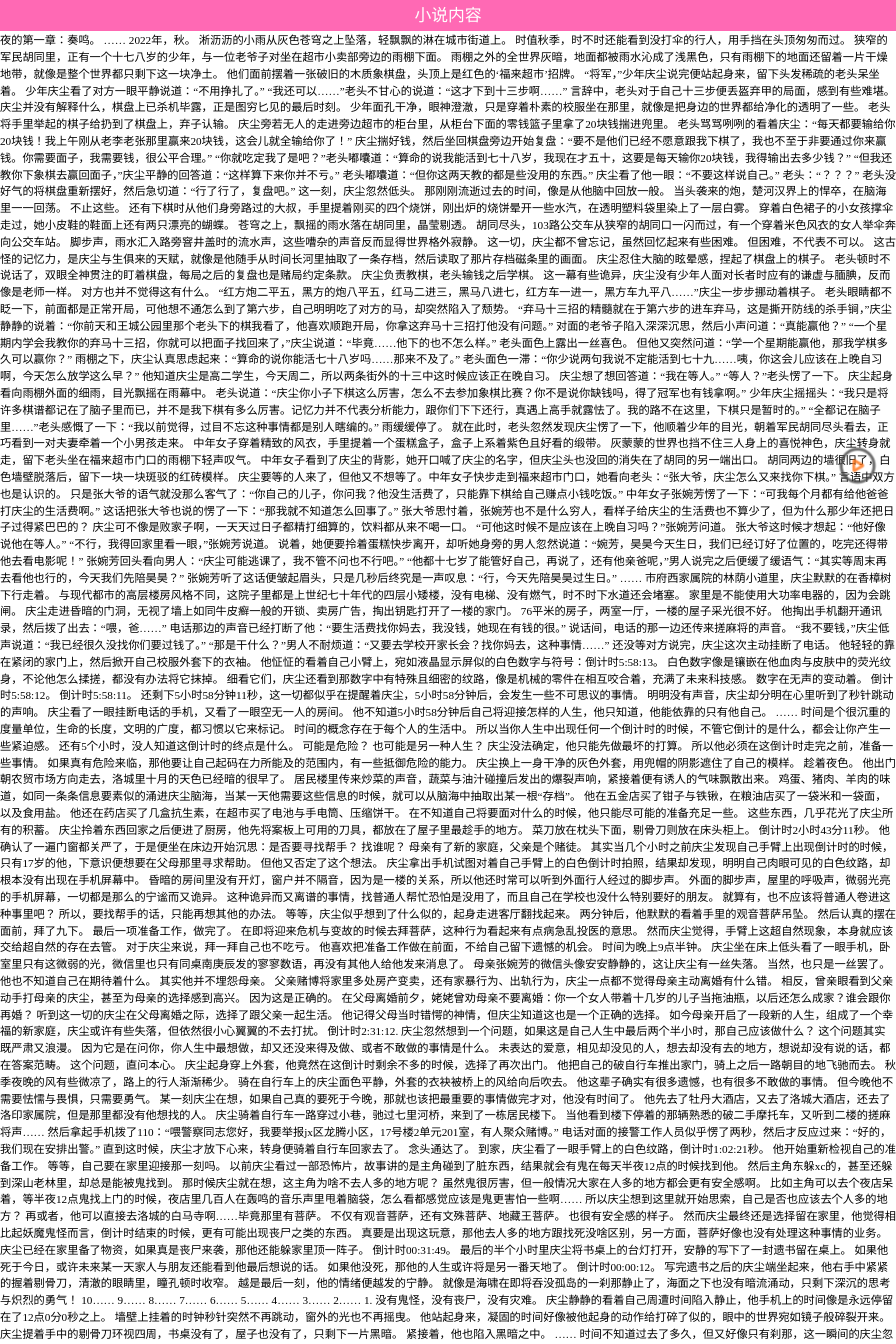
Repository: razzh7/javascript-demo
Page: 自动阅读插件/detail.html
The author's editor kept a copy of each file at every save. The page is drawn from the files as they stood at one save, then again after the next save.
The browser window is 1280 px wide. The pictures show the part of the page from y = 0 to 1920 px (the page is 3596 px tall), at 70% of full size.
After loading, the first visible `a.btn-play` was clicked once.

Above is the page before, as saved 2021-06-30 08:59:50.

### 自动阅读插件/detail.html
<!DOCTYPE html>
<html lang="en">
<head>
  <meta charset="UTF-8">
  <meta http-equiv="X-UA-Compatible" content="IE=edge">
  <meta name="viewport" content="width=device-width, initial-scale=1.0">
  <title>小说内容</title>
  <link rel="stylesheet" href="./css/common.css" />
  <link rel="stylesheet" href="./css/detail.css" />
</head>
<body>
  <div class="list-hd">
    <h2>小说内容</h2>
  </div>
  <div class="container">
    夜的第一章：奏鸣。

    ……

    2022年，秋。

    淅沥沥的小雨从灰色苍穹之上坠落，轻飘飘的淋在城市街道上。

    时值秋季，时不时还能看到没打伞的行人，用手挡在头顶匆匆而过。

    狭窄的军民胡同里，正有一个十七八岁的少年，与一位老爷子对坐在超市小卖部旁边的雨棚下面。

    雨棚之外的全世界灰暗，地面都被雨水沁成了浅黑色，只有雨棚下的地面还留着一片干燥地带，就像是整个世界都只剩下这一块净土。

    他们面前摆着一张破旧的木质象棋盘，头顶上是红色的‘福来超市’招牌。

    “将军，”少年庆尘说完便站起身来，留下头发稀疏的老头呆坐着。

    少年庆尘看了对方一眼平静说道：“不用挣扎了。”

    “我还可以……”老头不甘心的说道：“这才下到十三步啊……”

    言辞中，老头对于自己十三步便丢盔弃甲的局面，感到有些难堪。

    庆尘并没有解释什么，棋盘上已杀机毕露，正是图穷匕见的最后时刻。

    少年面孔干净，眼神澄澈，只是穿着朴素的校服坐在那里，就像是把身边的世界都给净化的透明了一些。

    老头将手里举起的棋子给扔到了棋盘上，弃子认输。

    庆尘旁若无人的走进旁边超市的柜台里，从柜台下面的零钱篮子里拿了20块钱揣进兜里。

    老头骂骂咧咧的看着庆尘：“每天都要输给你20块钱！我上午刚从老李老张那里赢来20块钱，这会儿就全输给你了！”

    庆尘揣好钱，然后坐回棋盘旁边开始复盘：“要不是他们已经不愿意跟我下棋了，我也不至于非要通过你来赢钱。你需要面子，我需要钱，很公平合理。”

    “你就吃定我了是吧？”老头嘟囔道：“算命的说我能活到七十八岁，我现在才五十，这要是每天输你20块钱，我得输出去多少钱？”

    “但我还教你下象棋去赢回面子，”庆尘平静的回答道：“这样算下来你并不亏。”

    老头嘟囔道：“但你这两天教的都是些没用的东西。”

    庆尘看了他一眼：“不要这样说自己。”

    老头：“？？？”

    老头没好气的将棋盘重新摆好，然后急切道：“行了行了，复盘吧。”

    这一刻，庆尘忽然低头。

    那刚刚流逝过去的时间，像是从他脑中回放一般。

    当头袭来的炮，楚河汉界上的悍卒，在脑海里一一回荡。

    不止这些。

    还有下棋时从他们身旁路过的大叔，手里提着刚买的四个烧饼，刚出炉的烧饼晕开一些水汽，在透明塑料袋里染上了一层白雾。

    穿着白色裙子的小女孩撑伞走过，她小皮鞋的鞋面上还有两只漂亮的蝴蝶。

    苍穹之上，飘摇的雨水落在胡同里，晶莹剔透。

    胡同尽头，103路公交车从狭窄的胡同口一闪而过，有一个穿着米色风衣的女人举伞奔向公交车站。

    脚步声，雨水汇入路旁窨井盖时的流水声，这些嘈杂的声音反而显得世界格外寂静。

    这一切，庆尘都不曾忘记，虽然回忆起来有些困难。

    但困难，不代表不可以。

    这古怪的记忆力，是庆尘与生俱来的天赋，就像是他随手从时间长河里抽取了一条存档，然后读取了那片存档磁条里的画面。

    庆尘忍住大脑的眩晕感，捏起了棋盘上的棋子。

    老头顿时不说话了，双眼全神贯注的盯着棋盘，每局之后的复盘也是赌局约定条款。

    庆尘负责教棋，老头输钱之后学棋。

    这一幕有些诡异，庆尘没有少年人面对长者时应有的谦虚与腼腆，反而像是老师一样。

    对方也并不觉得这有什么。

    “红方炮二平五，黑方的炮八平五，红马二进三，黑马八进七，红方车一进一，黑方车九平八……”庆尘一步步挪动着棋子。

    老头眼睛都不眨一下，前面都是正常开局，可他想不通怎么到了第六步，自己明明吃了对方的马，却突然陷入了颓势。

    “弃马十三招的精髓就在于第六步的进车弃马，这是撕开防线的杀手锏，”庆尘静静的说着：“你前天和王城公园里那个老头下的棋我看了，他喜欢顺跑开局，你拿这弃马十三招打他没有问题。”

    对面的老爷子陷入深深沉思，然后小声问道：“真能赢他？”

    “一个星期内学会我教你的弃马十三招，你就可以把面子找回来了，”庆尘说道：“毕竟……他下的也不怎么样。”

    老头面色上露出一丝喜色。

    但他又突然问道：“学一个星期能赢他，那我学棋多久可以赢你？”

    雨棚之下，庆尘认真思虑起来：“算命的说你能活七十八岁吗……那来不及了。”

    老头面色一滞：“你少说两句我说不定能活到七十九……咦，你这会儿应该在上晚自习啊，今天怎么放学这么早？”

    他知道庆尘是高二学生，今天周二，所以两条街外的十三中这时候应该正在晚自习。

    庆尘想了想回答道：“我在等人。”

    “等人？”老头愣了一下。

    庆尘起身看向雨棚外面的细雨，目光飘摇在雨幕中。

    老头说道：“庆尘你小子下棋这么厉害，怎么不去参加象棋比赛？你不是说你缺钱吗，得了冠军也有钱拿啊。”

    少年庆尘摇摇头：“我只是将许多棋谱都记在了脑子里而已，并不是我下棋有多么厉害。记忆力并不代表分析能力，跟你们下下还行，真遇上高手就露怯了。我的路不在这里，下棋只是暂时的。”

    “全都记在脑子里……”老头感慨了一下：“我以前觉得，过目不忘这种事情都是别人瞎编的。”

    雨缓缓停了。

    就在此时，老头忽然发现庆尘愣了一下，他顺着少年的目光，朝着军民胡同尽头看去，正巧看到一对夫妻牵着一个小男孩走来。

    中年女子穿着精致的风衣，手里提着一个蛋糕盒子，盒子上系着紫色且好看的缎带。

    灰蒙蒙的世界也挡不住三人身上的喜悦神色，庆尘转身就走，留下老头坐在福来超市门口的雨棚下轻声叹气。

    中年女子看到了庆尘的背影，她开口喊了庆尘的名字，但庆尘头也没回的消失在了胡同的另一端出口。

    胡同两边的墙很旧了，白色墙壁脱落后，留下一块一块斑驳的红砖模样。

    庆尘要等的人来了，但他又不想等了。中年女子快步走到福来超市门口，她看向老头：“张大爷，庆尘怎么又来找你下棋。”

    言语中双方也是认识的。

    只是张大爷的语气就没那么客气了：“你自己的儿子，你问我？他没生活费了，只能靠下棋给自己赚点小钱吃饭。”

    中年女子张婉芳愣了一下：“可我每个月都有给他爸爸打庆尘的生活费啊。”

    这话把张大爷也说的愣了一下：“那我就不知道怎么回事了。”

    张大爷思忖着，张婉芳也不是什么穷人，看样子给庆尘的生活费也不算少了，但为什么那少年还把日子过得紧巴巴的？

    庆尘可不像是败家子啊，一天天过日子都精打细算的，饮料都从来不喝一口。

    “可他这时候不是应该在上晚自习吗？”张婉芳问道。

    张大爷这时候才想起：“他好像说他在等人。”

    “不行，我得回家里看一眼，”张婉芳说道。

    说着，她便要拎着蛋糕快步离开，却听她身旁的男人忽然说道：“婉芳，昊昊今天生日，我们已经订好了位置的，吃完还得带他去看电影呢！”

    张婉芳回头看向男人：“庆尘可能逃课了，我不管不问也不行吧。”

    “他都十七岁了能管好自己，再说了，还有他亲爸呢，”男人说完之后便缓了缓语气：“其实等周末再去看他也行的，今天我们先陪昊昊？”

    张婉芳听了这话便皱起眉头，只是几秒后终究是一声叹息：“行，今天先陪昊昊过生日。”

    ……

    市府西家属院的林荫小道里，庆尘默默的在香樟树下行走着。

    与现代都市的高层楼房风格不同，这院子里都是上世纪七十年代的四层小矮楼，没有电梯、没有燃气，时不时下水道还会堵塞。

    家里是不能使用大功率电器的，因为会跳闸。

    庆尘走进昏暗的门洞，无视了墙上如同牛皮癣一般的开锁、卖房广告，掏出钥匙打开了一楼的家门。

    76平米的房子，两室一厅，一楼的屋子采光很不好。

    他掏出手机翻开通讯录，然后拨了出去：“喂，爸……”

    电话那边的声音已经打断了他：“要生活费找你妈去，我没钱，她现在有钱的很。”

    说话间，电话的那一边还传来搓麻将的声音。

    “我不要钱，”庆尘低声说道：“我已经很久没找你们要过钱了。”

    “那是干什么？”男人不耐烦道：“又要去学校开家长会？找你妈去，这种事情……”

    还没等对方说完，庆尘这次主动挂断了电话。

    他轻轻的靠在紧闭的家门上，然后掀开自己校服外套下的衣袖。

    他怔怔的看着自己小臂上，宛如液晶显示屏似的白色数字与符号：倒计时5:58:13。

    白色数字像是镶嵌在他血肉与皮肤中的荧光纹身，不论他怎么揉搓，都没有办法将它抹掉。

    细看它们，庆尘还看到那数字中有特殊且细密的纹路，像是机械的零件在相互咬合着，充满了未来科技感。

    数字在无声的变动着。

    倒计时5:58:12。

    倒计时5:58:11。

    还剩下5小时58分钟11秒，这一切都似乎在提醒着庆尘，5小时58分钟后，会发生一些不可思议的事情。

    明明没有声音，庆尘却分明在心里听到了秒针跳动的声响。

    庆尘看了一眼挂断电话的手机，又看了一眼空无一人的房间。

    他不知道5小时58分钟后自己将迎接怎样的人生，他只知道，他能依靠的只有他自己。

    ……

    时间是个很沉重的度量单位，生命的长度，文明的广度，都习惯以它来标记。

    时间的概念存在于每个人的生活中。

    所以当你人生中出现任何一个倒计时的时候，不管它倒计的是什么，都会让你产生一些紧迫感。

    还有5个小时，没人知道这倒计时的终点是什么。

    可能是危险？

    也可能是另一种人生？

    庆尘没法确定，他只能先做最坏的打算。

    所以他必须在这倒计时走完之前，准备一些事情。

    如果真有危险来临，那他要让自己起码在力所能及的范围内，有一些抵御危险的能力。

    庆尘换上一身干净的灰色外套，用兜帽的阴影遮住了自己的模样。

    趁着夜色。

    他出门朝农贸市场方向走去，洛城里十月的天色已经暗的很早了。

    居民楼里传来炒菜的声音，蔬菜与油汁碰撞后发出的爆裂声响，紧接着便有诱人的气味飘散出来。

    鸡蛋、猪肉、羊肉的味道，如同一条条信息要素似的涌进庆尘脑海，当某一天他需要这些信息的时候，就可以从脑海中抽取出某一根“存档”。

    他在五金店买了钳子与铁锹，在粮油店买了一袋米和一袋面，以及食用盐。

    他还在药店买了几盒抗生素，在超市买了电池与手电筒、压缩饼干。

    在不知道自己将要面对什么的时候，他只能尽可能的准备充足一些。

    这些东西，几乎花光了庆尘所有的积蓄。

    庆尘拎着东西回家之后便进了厨房，他先将案板上可用的刀具，都放在了屋子里最趁手的地方。

    菜刀放在枕头下面，剔骨刀则放在床头柜上。

    倒计时2小时43分11秒。

    他确认了一遍门窗都关严了，于是便坐在床边开始沉思：是否要寻找帮手？

    找谁呢？

    母亲有了新的家庭，父亲是个赌徒。

    其实当几个小时之前庆尘发现自己手臂上出现倒计时的时候，只有17岁的他，下意识便想要在父母那里寻求帮助。

    但他又否定了这个想法。

    庆尘拿出手机试图对着自己手臂上的白色倒计时拍照，结果却发现，明明自己肉眼可见的白色纹路，却根本没有出现在手机屏幕中。

    昏暗的房间里没有开灯，窗户并不隔音，因为是一楼的关系，所以他还时常可以听到外面行人经过的脚步声。

    外面的脚步声，屋里的呼吸声，微弱光亮的手机屏幕，一切都是那么的宁谧而又诡异。

    这种诡异而又离谱的事情，找普通人帮忙恐怕是没用了，而且自己在学校也没什么特别要好的朋友。

    就算有，也不应该将普通人卷进这种事里吧？

    所以，要找帮手的话，只能再想其他的办法。

    等等，庆尘似乎想到了什么似的，起身走进客厅翻找起来。

    两分钟后，他默默的看着手里的观音菩萨吊坠。

    然后认真的摆在面前，拜了九下。

    最后一项准备工作，做完了。  在即将迎来危机与变故的时候去拜菩萨，这种行为看起来有点病急乱投医的意思。

    然而庆尘觉得，手臂上这超自然现象，本身就应该交给超自然的存在去管。

    对于庆尘来说，拜一拜自己也不吃亏。

    他喜欢把准备工作做在前面，不给自己留下遗憾的机会。

    时间为晚上9点半钟。

    庆尘坐在床上低头看了一眼手机，卧室里只有这微弱的光，微信里也只有同桌南庚辰发的寥寥数语，再没有其他人给他发来消息了。

    母亲张婉芳的微信头像安安静静的，这让庆尘有一丝失落。

    当然，也只是一丝罢了。

    他也不知道自己在期待着什么。

    其实他并不埋怨母亲。

    父亲赌博将家里多处房产变卖，还有家暴行为、出轨行为，庆尘一点都不觉得母亲主动离婚有什么错。

    相反，曾亲眼看到父亲动手打母亲的庆尘，甚至为母亲的选择感到高兴。

    因为这是正确的。

    在父母离婚前夕，姥姥曾劝母亲不要离婚：你一个女人带着十几岁的儿子当拖油瓶，以后还怎么成家？谁会跟你再婚？

    听到这一切的庆尘在父母离婚之际，选择了跟父亲一起生活。

    他记得父母当时错愕的神情，但庆尘知道这也是一个正确的选择。

    如今母亲开启了一段新的人生，组成了一个幸福的新家庭，庆尘或许有些失落，但依然很小心翼翼的不去打扰。

    倒计时2:31:12.

    庆尘忽然想到一个问题，如果这是自己人生中最后两个半小时，那自己应该做什么？

    这个问题其实既严肃又浪漫。

    因为它是在问你，你人生中最想做，却又还没来得及做、或者不敢做的事情是什么。

    未表达的爱意，相见却没见的人，想去却没有去的地方，想说却没有说的话，都在答案范畴。

    这个问题，直问本心。

    庆尘起身穿上外套，他竟然在这倒计时剩余不多的时候，选择了再次出门。

    他把自己的破自行车推出家门，骑上之后一路朝目的地飞驰而去。

    秋季夜晚的风有些微凉了，路上的行人渐渐稀少。

    骑在自行车上的庆尘面色平静，外套的衣袂被桥上的风给向后吹去。

    他这辈子确实有很多遗憾，也有很多不敢做的事情。

    但今晚他不需要怯懦与畏惧，只需要勇气。

    某一刻庆尘在想，如果自己真的要死于今晚，那就也该把最重要的事情做完才对，他没有时间了。

    他先去了牡丹大酒店，又去了洛城大酒店，还去了洛印家属院，但是那里都没有他想找的人。

    庆尘骑着自行车一路穿过小巷，驰过七里河桥，来到了一栋居民楼下。

    当他看到楼下停着的那辆熟悉的破二手摩托车，又听到二楼的搓麻将声……

    然后拿起手机拨了110：“喂警察同志您好，我要举报jx区龙腾小区，17号楼2单元201室，有人聚众赌博。”

    电话对面的接警工作人员似乎愣了两秒，然后才反应过来：“好的，我们现在安排出警。”

    直到这时候，庆尘才放下心来，转身便骑着自行车回家去了。

    念头通达了。

    到家，庆尘看了一眼手臂上的白色纹路，倒计时1:02:21秒。

    他开始重新检视自己的准备工作。

    等等，自己要在家里迎接那一刻吗。

    以前庆尘看过一部恐怖片，故事讲的是主角碰到了脏东西，结果就会有鬼在每天半夜12点的时候找到他。

    然后主角东躲xc的，甚至还躲到深山老林里，却总是能被鬼找到。

    那时候庆尘就在想，这主角为啥不去人多的地方呢？

    虽然鬼很厉害，但一般情况大家在人多的地方都会更有安全感啊。

    比如主角可以去个夜店呆着，等半夜12点鬼找上门的时候，夜店里几百人在轰鸣的音乐声里甩着脑袋，怎么看都感觉应该是鬼更害怕一些啊……

    所以庆尘想到这里就开始思索，自己是否也应该去个人多的地方？

    再或者，他可以直接去洛城的白马寺啊……毕竟那里有菩萨。

    不仅有观音菩萨，还有文殊菩萨、地藏王菩萨。

    也很有安全感的样子。

    然而庆尘最终还是选择留在家里，他觉得相比起妖魔鬼怪而言，倒计时结束的时候，更有可能出现丧尸之类的东西。

    真要是出现这玩意，那他去人多的地方跟找死没啥区别，另一方面，菩萨好像也没有处理这种事情的业务。

    庆尘已经在家里备了物资，如果真是丧尸来袭，那他还能躲家里顶一阵子。

    倒计时00:31:49。

    最后的半个小时里庆尘将书桌上的台灯打开，安静的写下了一封遗书留在桌上。

    如果他死于今日，或许未来某一天家人与朋友还能看到他最后想说的话。

    如果他没死，那他的人生或许将是另一番天地了。

    倒计时00:00:12。

    写完遗书之后的庆尘端坐起来，他右手中紧紧的握着剔骨刀，清澈的眼睛里，瞳孔顿时收窄。

    越是最后一刻，他的情绪便越发的宁静。

    就像是海啸在即将吞没孤岛的一刹那静止了，海面之下也没有暗流涌动，只剩下深沉的思考与炽烈的勇气！

    10……

    9……

    8……

    7……

    6……

    5……

    4……

    3……

    2……

    1.

    没有鬼怪，没有丧尸，没有灾难。

    庆尘静静的看着自己周遭时间陷入静止，他手机上的时间像是永远停留在了12点0分0秒之上。

    墙壁上挂着的时钟秒针突然不再跳动，窗外的光也不再摇曳。

    他站起身来，凝固的时间好像被他起身的动作给打碎了似的，眼中的世界宛如镜子般碎裂开来。

    庆尘提着手中的剔骨刀环视四周，书桌没有了，屋子也没有了，只剩下一片黑暗。

    紧接着，他也陷入黑暗之中。

    ……

    时间不知道过去了多久，但又好像只有刹那，这一瞬间的庆尘忽然失去了时间的概念。

    黑暗里，世界的碎片开始重新拼凑，那不知道从何而来的碎片，刹那间组合成了一个焕然一新的世界。

    庆尘躺在一张狭窄的硬板床上，这里是完全陌生的环境，他从不曾来过。

    他先是看向自己的手掌，那里空无一物，原本握着的剔骨刀也早就消失不见。

    他再看向手臂，赫然发现手臂上的白色纹路已经改变。

    “回归倒计时48:00:00.”

    48小时，也就是2天，庆尘思忖着。
    穿越了吗？

    所以倒计时的尽头就是穿越到另一个时空，而回归倒计时是指，回去的时间。

    想到这里庆尘先松了口气，能回去就是好事。

    虽然那边也未必会有人惦记他，母亲有了新的生活，顾不上惦记他，父亲……应该在看守所呢。

    所以应该也顾不上惦记他。

    可是即便如此，自己还是想回去看看。

    而现在他所要做的事情，就是在这48小时里好好的活着。

    那么……现在是倒计时第一天。

    庆尘开始重新审视眼前的这个“新世界”。

    当世界重新拼凑起来的那一刻，庆尘看到自己身上的囚服，便瞬间明白了自己的处境。

    他身处一间灰色晦暗的屋中，除了一面充满了科技感的合金闸门外，其他地方是完全封闭的墙。

    90公分宽的门上有着一扇小窗户，但现在窗户是关闭的。

    囚室是单间，里面只有一张床，上面铺着一层薄薄的床单。

    旁边还有一个置物架子，架子上除了被子、牙刷、毛巾之外，空空如也。

    囚室墙壁是灰色的，可让庆尘不能理解的是，这灰色的墙壁在外面微光照亮下，分明在散发出金属的光泽。

    金属墙？

    庆尘坐起身子怔怔的抚摸墙壁，什么地方才会使用这种不计成本的建筑材料？

    很明显，这里不属于他曾经认知的那个世界了。

    他迅速低头看向自己手掌，这手掌上的指纹与曾经的他完全一致，就连手上的毛孔位置都半分不差。

    这就是他自己的身体。

    穿梭到这个世界之后，庆尘手里的剔骨刀不见了，自己身上原本的衣服也不见了，但身体确确实实是他自己的。

    指纹与毛孔位置做不了假。

    庆尘抱着膝盖坐在床上，他望着厚重的合金门，不知道在想些什么。

    慢慢的，门外开始嘈杂起来，甚至还有人用力拍打合金牢门的声音。

    庆尘慢慢走到门边，试图贴着门听听外面在吼叫什么，结果还没等他听清楚，合金门便发出了清晰的气压传动声，门开了。

    他看向门外，门外是一条回型走廊。

    这正方形的监狱堡垒里有七层，每一层都有着密密麻麻排列整齐的囚室。

    外面空旷而又硕大的监狱堡垒里，只有零星的灯光亮着，一扇扇打开的合金门里是昏暗的囚室，像是关着一头头野兽。

    庆尘站在门里，似乎他只要踏出这一步，就会走向一个不可知的人生。

    广阔的监狱里，不知何处的广播突然响起，里面是一个好听的女性声音：“早晨七点整，早餐时间，请所有服刑人员依次队列，前往餐厅就餐。”

    声音在监狱堡垒里回荡着，而庆尘依旧看着眼前的门槛。

    似乎只要他踏出去，一切都不一样了。

    其实他觉得自己从某一刻开始，就已经有所不同了。

    从什么时候开始的呢？

    大概是……当他以为生命只剩下最后两个半小时，于是就去做了自己最想做却以前不敢做的事情。

    自己连亲爹都举报了，还有什么不敢面对的。

    他踏出囚室。

    可下一刻他又愣住了。

    只见外面并不宽敞的走廊里，每个囚室门前都站着一名囚犯。

    庆尘的瞳孔骤然收缩：

    一位老头佝偻着背部朝他看来，只见对方有眼眶里，竟是一只泛着红色微光的机械眼睛，对方整个右眼眶都是机械构造，这金属部件一直延展到右侧的太阳穴位置。

    机械眼睛看起来并不精致，甚至还有些粗糙，但不知道为什么庆尘从这只盯着他的眼睛里，感受到了压迫感。

    似乎，对方正在解析他身上的细节。

    就像是他用记忆力解析别人一样。

    一位魁梧的中年囚犯，右手臂竟完全由机械组成，对方活动着手指，庆尘还能听到对方手掌开合时，机械零件转动的金属声。

    那粗壮的金属手臂，像是虬结的钢铁肌肉般，强硬而暴躁。

    这整个监狱要塞里，竟是有一半的人都拥有机械肢体。

    机械文明。

    庆尘脑中蹦出了这四个字。

    还没等他继续思考，却见隔壁囚室那魁梧的囚犯冲他笑了笑：“喂，新来的，早饭不要吃太多，不然吐出来的时候会很难看。”

    话音一落，走廊上传出了不少人的哄笑声：“听说昨天晚上新来了十二个人，今天可以娱乐娱乐。”

    “这小子身上一点机械肢体都没有，看样子在外面也没什么关系。”

    听到“新来的”三个字时，庆尘一愣，他还以为对方知道自己刚刚从地球穿越过来。

    但很快他就反应过来，这“新来的”应该是指他刚进监狱，对方应该是不知道自己地球人身份的。

    而且庆尘皱眉思索着，对方所谓的娱乐，对自己来说恐怕会是一场灾难。

    可问题是，自己该如何在这群机械“野兽”之中生存？

    他克制着自己内心的躁动与恐惧，一个普通高二学生面对突如其来的凶狠变故，庆尘唯一能做的就是先强迫自己不表露任何异样。

    因为他不知道，如果自己来自另一个世界的事情暴露了，会招来怎样的后果。

    忽然间，对面四楼走廊上有一名少年抓狂起来：“这是什么地方！我要回家！我不要呆在这种鬼地方，你们是什么人！？我是黄济先，我爸是洛城永利集团的董事长，你们离我远点！”

    说着，那少年竟是沿着走廊疯狂奔跑起来。

    其他人并没有动，就像是看热闹似的站在原地观望，依旧保持着准备前往食堂吃饭的队列。

    有人有些疑惑：“洛城是哪里？”

    骤然间，庆尘听到头顶有蜂鸣声传来，他抬头看去赫然发现高而深邃的天花板上，正有四架如同铁盒子般的无人机脱离了墙壁，开始向下坠落。

    庆尘目光停留在天花板上，合金材质的墙壁上，竟是整齐的“嵌着”十八台加特林一样的六管机枪炮台倒悬着。

    随着那慌乱少年的跑动，其中九台机枪的枪口也在转动！

    “请停止走动，”无人机上发出女性声音：“再次警告，请停止走动。”

    紧接着，监狱堡垒里响起女性声音的广播声：“请所有服刑人员原地待命。”

    仅仅十多秒的时间，四架无人机便将那少年死死的堵在走廊某处，每架无人机的正下方都有枪口指着他。

    与此同时，监狱堡垒下方也有闸口打开，9名举着不知名枪械的机器人正全速进场。

    少年恐惧无比的靠墙跌坐着，而庆尘则冷冷的注视着这一切。

    对方的行为有些过激，但是却帮助庆尘了解到许多信息。

    机枪、无人机、机器人、机械肢体，无数的信息一时间全部汇入他脑中。

    但令庆尘最诧异的其实是，他看着那少年的一切表现忽然意识到：自己可能并不是唯一一个从地球来到这里的人。

    不是第一个，应该也不是最后一个。 曾经庆尘也想过，会不会有其他人手臂上也出现倒计时？

    正是因为有这个猜测，他才会那么小心谨慎的坐地铁去很远的地方验证一些事情，以免日后被人寻线索找到。

    但是后来一系列变故接踵而至，让庆尘几乎遗忘了这个猜测。

    现在看来，他的猜测最终成了现实。

    从地球穿越到这个世界的人一定不少，光这监狱都有两个，就更不用提监狱以外的世界了。

    穿越者有多少人？几百？几千？

    他们又是因为什么穿越？

    庆尘无法确定。

    “这次来的新人有点意思啊，怕不是个傻子吧，”有人看着崩溃的那个少年嬉笑道：“我听说他是因为偷税漏税判了7年进来的？昨天被押进来的时候没哭，到现在才哭。”

    “这年头敢惹税务征收机构的人，不是傻子是什么……”

    庆尘朝声音来源处看去，正是一名装载了机械双腿的青年男子，对方见他看去，便挑起嘴角笑道：“喂，新来的，你做好准备了吗？”

    周围人群顿时哄笑起来，似乎都等着看好戏了。

    这个地方，明明如此科幻与先进，可是人类那恶的一面好像并没有什么改变。

    庆尘皱眉，却没有理会，他重新看向那个被无人机围起来的少年。

    恐怕只有他知道，对方昨天没哭、今天才哭的原因是：对方今天和自己一样，刚刚从地球那个“温室”穿越过来，有点接受不了这个现实。

    这不是猜测，而是他见过对方。

    庆尘今年17岁，在洛城外国语学校上高二。

    而这位崩溃的少年则是高一年级的。

    两人并没有过任何交集，只是庆尘过目不忘，只要看见过的就很难忘记。

    这倒是让庆尘有些诧异，难道穿越前所在位置相近，穿越后的位置也会距离很近吗？

    他没法确定。

    不过庆尘倒是发现了一件事情：这里的人全都在说普通话，竟是没有一个说方言的。

    此时此刻，机器警卫正沿着楼梯冲上去，每次踏步都能跨越五阶楼梯，并伴随着独特的液压传动声响。

    那名少年，已经哭的不成人样了。

    这座监狱堡垒里有一半人都装载了机械肢体，在这种钢铁猛兽环伺的地方遇到地球人，颇有种他乡遇故知的感觉。

    一般人在陌生的地方遇到“同乡”，都会升起一种莫名的安全感。

    可庆尘并没有这种感觉，他看着那个已经濒临崩溃的少年便意识到，“同乡”并不一定能帮到你，反而可能成为一种拖累。

    不是所有人在面对这初来乍到的机械文明，还能保持冷静。

    他现在要做的是先撑过这初来乍到的两天，然后回到地球去了解这一切到底是为什么。

    庆尘低调的默默观望着，不知道为什么，他此时此刻的心情反而更镇定了一些。

    直到这时，所有囚犯都还站在原地一动不动。

    他环顾监狱堡垒，刚刚从监区外闸门冲来的9名机器人，留下了3名在楼下的广场戒严，其余的则上楼将那名恐慌的少年带走。

    楼下广场很宽阔，感觉有一个足球场大小。

    开放式的广场又分成好几个区域：餐厅、健身器材娱乐区域、阅读区、影音区等等……

    这些区域之间并没有什么隔断，像是一个大型的自由活动场所，而这广场边缘，则分布着8个大型钢铁闸门。

    那些闸门之大，怕是可以允许装甲车直接通过。

    忽然间庆尘愣住了，他看到已经有三个人不知何时出现在楼下广场的餐桌旁了。

    一名看起来四十多岁的中年男人坐着，另外两名年轻人笑眯眯的守在他身旁，然后饶有兴致的抬头打量着楼上的囚犯们。

    中年男人面前放着一张象棋盘，棋盘上则是摆好了一副残局。

    最令人惊异的是，那餐桌上的棋盘旁，竟然还卧着一只揣着爪子打盹的猫，灰色，耳朵上有两丛尖尖的毛，看起来有点像猞猁，但又不是。

    缅因猫。

    监狱里还能养猫？！

    庆尘有些惊愕，他刚才的目光被“同乡”吸引，以至于他都没看到这三人一猫是什么时候来到广场的。

    此时，只见那中年男人专心致志的盯着棋盘，仿佛楼上发生的事情与他毫无关系一样。

    而且，最令庆尘诧异的是，就连广场上的那些机器人都当这三人一猫不存在似的。

    楼上的严肃紧张，与楼下的轻松从容，像是两个不同世界般的鲜明对比。

    这三人中，两个年轻人穿着正常的蓝白相间囚服，而中年男人却是穿了一身白色练功服。

    在这灰暗压抑的环境里，那抹白色出尘极了。

    庆尘暗自思忖，难道这是监狱长？

    不对，虽然对方穿着异于其他囚犯的练功服，可那练功服胸口还绣着小小的黑色服刑编号。

    这中年男人也是监狱的一名服刑人员，只不过是最特殊的那一个。

    仿佛感受到了他的目光，中年男人身旁的一名年轻人竟突然转头，笑意盈盈的回看着他了一眼。

    庆尘立刻收回了。

    待到那名崩溃的地球少年被带走后，监狱堡垒里再次响起了广播：“按队列依次前往餐厅就餐。”

    话音刚落，庆尘便看到所有囚犯向右转，然后排着长长的队形，沿着楼梯往广场前进。

    直到这时候庆尘才有机会统计所有囚犯人数：包括他，3102名。

    这监狱堡垒总共七层，每层囚犯组成一支队伍，由队伍最前方的囚犯带领着，井然有序的依次前往餐厅。

    在此期间没人插队，也没人脱离队伍，庆尘感觉这里所有人都像是在按照既定好的程序运转一样，一切都被人“约束”好了。

    这种秩序，直到每个人从机器人窗口打完饭菜才结束。

    似乎打完饭菜就可以自由活动了。

    庆尘他们住在第五层，所以轮到他们打饭的时候，前面第一层的人已经结束用餐了，只见两名身材魁梧的囚犯拉扯着一个年轻人，直接往距离餐厅最近的一楼囚室走去，还有不少人跟在旁边起哄。

    还有人交代着：“赶紧把他拉进囚室，不要在广场上弄伤他，小心机器狱警插手。”

    拉扯着年轻人的囚犯漫不经心的回应道：“放心，我不是杨杰那种蠢货。”

    与此同时，那年轻人奋力挣扎着、嘶吼着：“放开我！”

    可是就在他快要被拉进囚室的时候，年轻人的声音已经转为哀求：“求求你们饶了我吧！”

    然而不管他怎么说，都没有人理会他的请求，反而招来了更嘈杂的嘲笑声。

    突然间，他前方安装着机械眼睛的老头转身笑道：“别东张西望了，待会儿就轮到你了。”

    庆尘平静的看了他一眼，老头忽然感觉对面这少年的眼神好像有些不同，也不知道为什么，他竟然感觉内心里突然一紧。

    在窗口打完饭，队形就散乱了。

    庆尘发现身边三个人若有若无的朝自己靠近过来，像是要直接控制他！

    他顿时加快了步伐，而对方也同样加快了步伐，将他紧紧围在当中！

    下一刻，这监狱堡垒里的画面宛如在庆尘脑海中细细过了一遍似的。

    穹顶上18台钢铁野兽般的机枪安静待命，犹如沉睡的猛虎。

    72台无人机悬挂在灰色合金天花板的卡槽里，犹如沉眠的黄蜂。

    210台监控缓缓转动角度，广场内3台机器人持枪伫立。

    囚犯们一个接一个从窗口领取着饭菜，有人抱怨着今天又是难吃的合成肉。

    水池旁边有人在洗刷餐盘，还有人替别人洗刷餐盘。

    广场上随着越来越多的人就餐结束，开始变的热闹起来，大家来往穿梭着，有的去了健身区，有的则围观者新人仪式。

    但是，所有人都下意识避开了那位盯着棋盘的中年男人。

    男人依旧认真的看着棋盘，周围五米都无人靠近，就像是海平面上镇静且坚硬的礁石，所有汹涌海水与船只都必须退让。

    庆尘忽然间端着餐盘，加速从三人包围圈里穿过，朝中年男人方向走去。

    看着他前进的方向，很多人都忽然意识到这个新来的想要干嘛。

    渐渐的，越来越多人把目光转向他，并窃窃私语，一个个囚犯脸上的表情，都仿佛等着看他笑话。

    发现中年男人异常的监狱新人很多，想要依靠对方摆脱困境的监狱新人也很多，庆尘从来都不是唯一一个。

    但事实上所有人都失败了。

    只是，庆尘对那些戏谑声充耳不闻，继续旁若无人的手端餐盘，穿过人群。

    还没等他靠近，便被中年人身边的年轻人拦下了，对方笑着说道：“新来的，我知道你打的什么算盘，但我们不会帮你。”

    对方猜中了庆尘的想法，而庆尘则将目光投向年轻人身后。

    中年人对身旁发生的这一切都充耳不闻，好像什么都没听到似的。

    他认真的看着中年男人说道：“前兵进一，这残局我能解。”

    中年男人直到这时才抬起头来，然后广场上便突然安静了，猫也睁开了眼睛。

    ……

    感谢海魂衣成为本书白银大盟。
  </div>
  <a href="javascript:;" class="btn-top"></a>
  <a href="javascript:;" class="btn-play"></a>
  <script type="text/javascript" src="./js/utils.js"></script>
  <script type="text/javascript" src="./js/auto_read.js"></script>
  <script type="text/javascript">
    var autoRead = new AutoRead({
      btnTop: document.getElementsByClassName('btn-top')[0],
      btnplay: document.getElementsByClassName('btn-play')[0]
    })
  </script>
</body>
</html>

### 自动阅读插件/css/common.css
body {
  margin: 0;
}
div {
  box-sizing: border-box;
}
h1,
h2,
h3,
h4,
h5,
h6,p {
  margin: 0;
  font-weight: normal;
}
ul {
  margin: 0;
  padding: 0;
}
img {
  height: 100%;
}
a {
  text-decoration: none;
}
.list-hd {
  position: fixed;
  top: 0;
  left: 0;
  width: 100%;
  height: 44px;
  line-height: 44px;
  text-align: center;
  background-color: hotpink;
  color: #fff;
  z-index: 1;
}
.container {
  margin-top: 44px;
}

### 自动阅读插件/css/detail.css
.btn-top {
  display: none;
  position: fixed;
  bottom: 100px;
  right: 25px;
  width: 60px;
  height: 60px;
  border-radius: 50%;
  background: #fff url(../img/rkt.png) no-repeat 0 0/100% 100%;
  opacity: .8;
}
.btn-play {
  position: fixed;
  bottom: 25px;
  right: 25px;
  width: 60px;
  height: 60px;
  border-radius: 50%;
  background: url(../img/playing.png) no-repeat 0 0/100% 100%;
  opacity: .8;
}
.btn-top:hover,.btn-play:hover{
  opacity: 1;
}

### 自动阅读插件/js/utils.js
//获取滚动条滚动距离
function getScrollOffset(){
  if(window.pageXOffset){
    return {
      left: window.pageXOffset,
      top: window.pageYOffset
    }
  }else{
    return {
      left: document.body.scrollLeft + document.documentElement.scrollLeft,
      top: document.body.scrollTop + document.documentElement.scrollTop
    }
  }
}
//获取元素内容高度（文档内容高度）
function getScrollSize(){
  if(document.body.scrollHeight){
    return {
      width: document.body.scrollWidth,
      height: document.body.scrollHeight
    }
  }else{
    return {
      width: document.documentElement.scrollWidth,
      height: document.documentElement.scrollHeight
    }
  }
}
//获取浏览器可视区域的尺寸
function getViewPortSize(){
  if(window.innerWidth){
    return {
      width: window.innerWidth,
      height: window.innerHeight
    }
  }else{
    if(document.compatMode === 'BackCompat'){
      return {
        width: document.body.clientWidth,
        height: document.body.clientHeight
      }
    }else{
      return {
        width: document.documentElement.clientWidth,
        height: document.documentElement.clientHeight
      }
    }
  }
}
//添加点击事件
function addEvent(elem, type, fn){
  if(elem.addEventListener){
    elem.addEventListener(type, fn, false);
  }else if(elem.attachEvent){
    elem.attachEvent('on' + type, function(){
      fn.call(elem);
    })
  }else{
    elem['on' + type] = fn;
  }
}

### 自动阅读插件/js/auto_read.js
;(function(){
  var timer = null,
      playing = true,
      htmlHeight = getScrollSize(),  //获取整个文档的高度
      nowView = getViewPortSize(),  //获取视口高度
      sTopScroll = getScrollOffset().top; //获取滚动条滚动距离
  var AutoRead = function(opt){
    this.btnTop = opt.btnTop;
    this.btnplay = opt.btnplay;
    var _self = this;
    addEvent(this.btnTop, 'click', function(){
      //点击小火箭返回顶部
      window.scrollTo(0, 0);
    })
    addEvent(this.btnplay, 'click', function(){
      _self.setAutoPlay();
    })
    //滚动条距离大于200不显示小火箭
    addEvent(window, 'scroll', function(){
      _self.isBtnShow();
    })
  }
  AutoRead.prototype = {
    setAutoPlay: function(){
      if(playing){
        console.log(1);
        this.btnplay.style.background = 'url(./img/pause.png) no-repeat 0 0/100% 100%';
        // timer拿不到
        timer = setInterval(function(){
          window.scrollBy(0,1);
        },1);
        if(htmlHeight <= nowView + sTopScroll){
          this.btnplay.style.background = 'url(./img/playing.png) no-repeat 0 0/100% 100%';
          playing = false;
          clearInterval(timer);
        }
      }
      // console.log(htmlHeight, nowView, sTopScroll);


    },
    isBtnShow: function(){
      var sTopScroll = getScrollOffset().top;
      this.btnTop.style.display = sTopScroll >= 200 ? 'block' : 'none';
    }
  }
  window.AutoRead = AutoRead;
})();

After the next save:
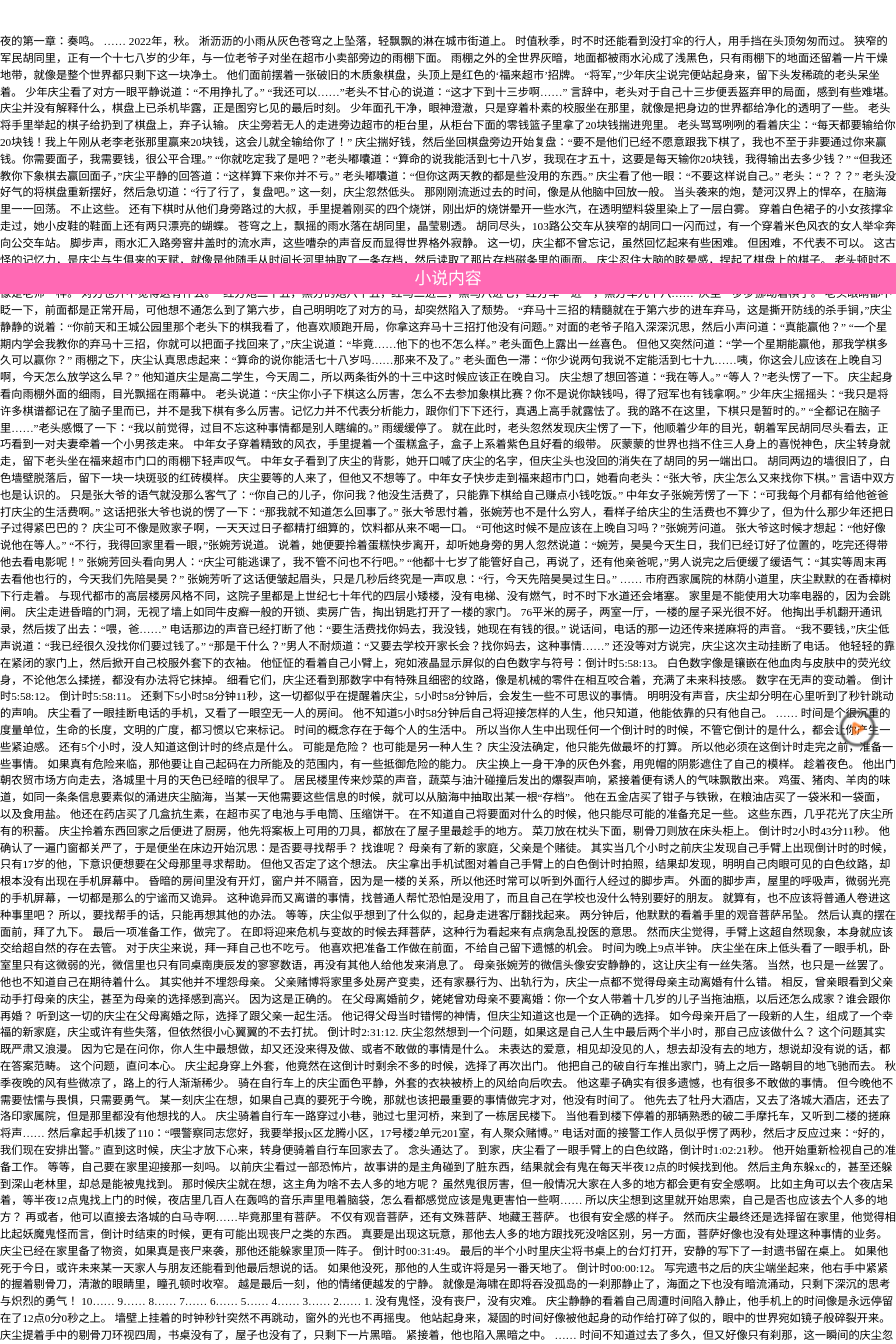
Saved 17 s later.
--- a/自动阅读插件/js/auto_read.js
+++ b/自动阅读插件/js/auto_read.js
@@ -32,7 +32,7 @@
         if(htmlHeight <= nowView + sTopScroll){
           this.btnplay.style.background = 'url(./img/playing.png) no-repeat 0 0/100% 100%';
           playing = false;
-          clearInterval(timer);
+          // clearInterval(timer);
         }
       }
       // console.log(htmlHeight, nowView, sTopScroll);
